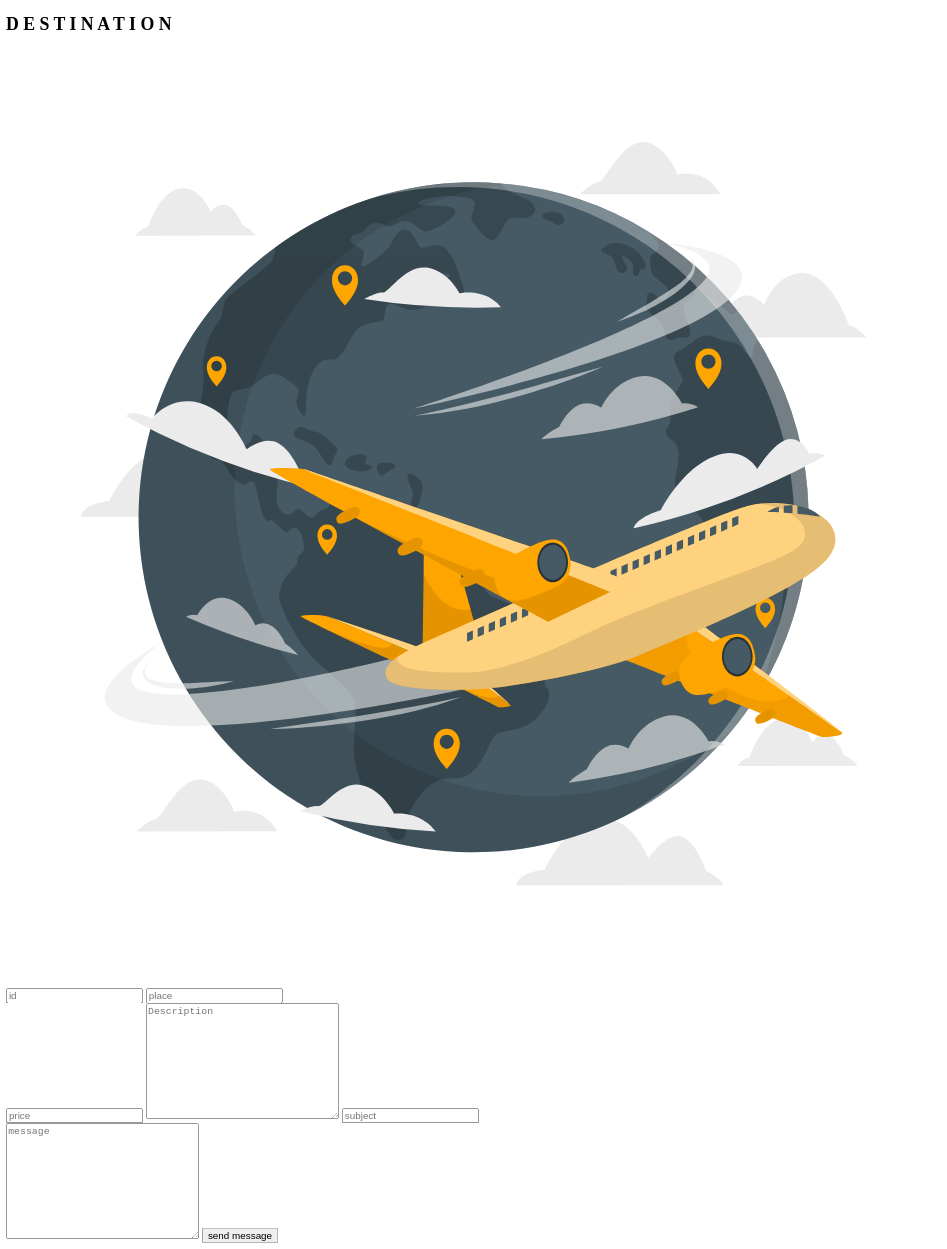
Repository: vksh-chandra/Travel-Tourism
Page: tatms/src/main/webapp/Admin.html
An editor plug-in stored every save of this project. The page is shown before and after the next save, followed by the edit.
The browser window is 1280 px wide. The pictures show the whole page, at 74% of full size.

Above is the page before, as saved 2022-07-19 18:15:34.

After the next save:
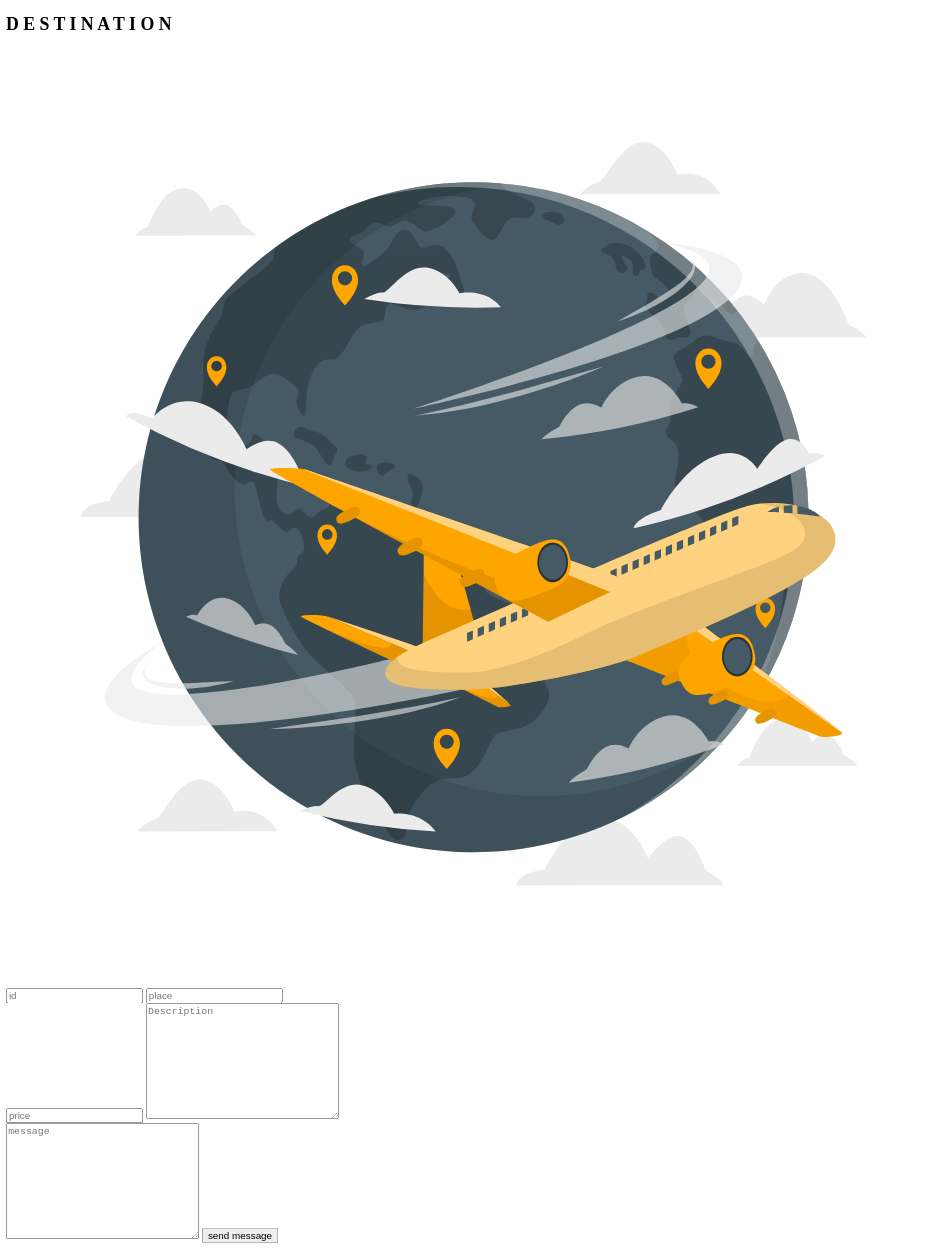
Saved 8 s later.
--- a/tatms/src/main/webapp/Admin.html
+++ b/tatms/src/main/webapp/Admin.html
@@ -35,8 +35,6 @@
 	            <div class="inputBox">
 	            	<input type="number" placeholder="price" name="price">
 	            	<textarea placeholder="Description" name="Description" id="" cols="30" rows="10"></textarea>
-
-	                <input type="text" placeholder="subject" name="sub">
 	            </div>
 	            <textarea placeholder="message" name="msg" id="" cols="30" rows="10"></textarea>
 	            <input type="submit" class="btn" value="send message">
